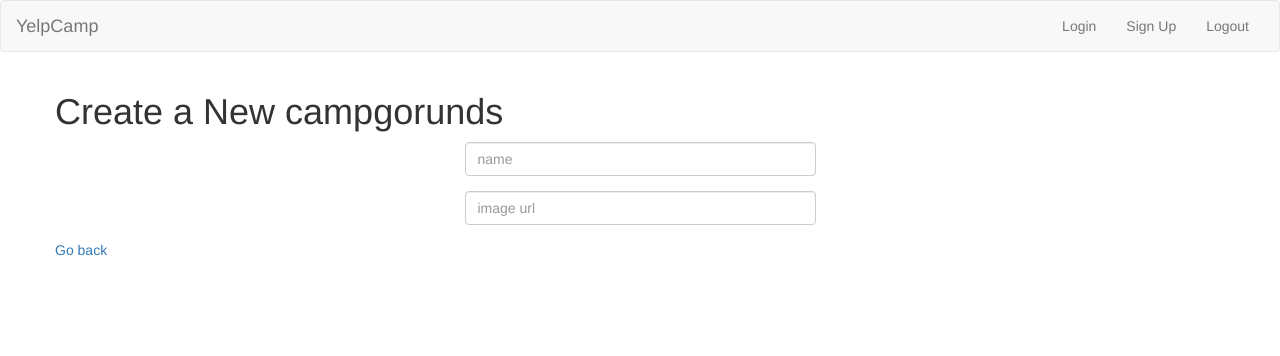
Repository: gtxDaniel/Web-development
Page: http://localhost/campgrounds/new
The author's editor kept a record of every edit. The page is drawn from the files as they stood at one moment, then again after the next edit.
The browser window is 1280 px wide. The pictures show the whole page.
The page is served by the project's Node server (YelpCamp/v1/app.js).

Above is the page before.

After the next edit:
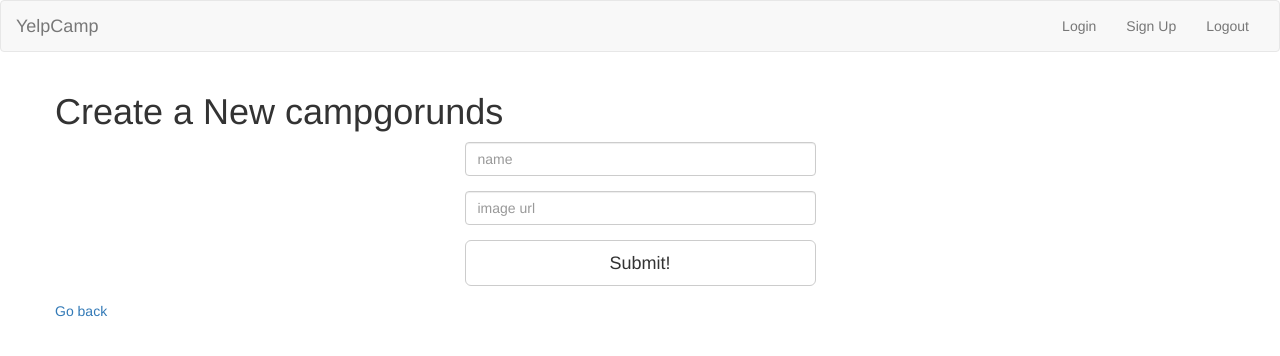
The edit:
--- a/web-development/workspace/YelpCamp/v1/views/new.ejs
+++ b/web-development/workspace/YelpCamp/v1/views/new.ejs
@@ -12,6 +12,9 @@
                    <input class ="form-control" type = 'text' name = 'image' placeholder = 'image url'>
                </div>
 
+               <div class='form-group'>
+                   <button class = 'btn btn-lg btn-default btn-block'>Submit!</button>
+               </div>
 
             </form>
         </div>
